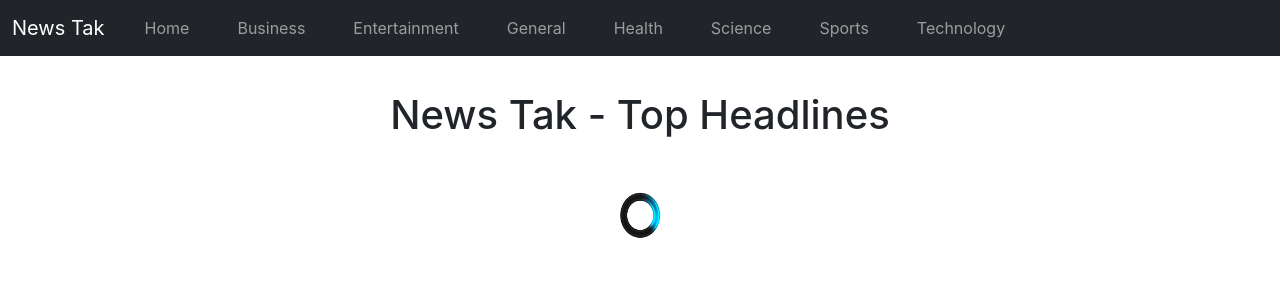
Repository: Rohit-foryou/News-website
Page: /business
The author's editor kept a copy of each file at every save. The page is drawn from the files as they stood at one save, then again after the next save.
The browser window is 1280 px wide. The pictures show the whole page.
The page's requests for data from a server got no answer. The project was rebuilt for these pictures with package versions that can differ from the ones it lists, and the page was loaded fresh each time. No one was signed in, and anything a server would have sent is missing. Also part of the build but not shown: src/Components/NewsItem.js.

Above is the page before, as saved 2024-01-12 00:01:36.

### public/index.html
<!DOCTYPE html>
<html lang="en">
  <head>
    <meta charset="utf-8" />
    <link rel="icon" href="%PUBLIC_URL%/favicon.ico" />
    <meta name="viewport" content="width=device-width, initial-scale=1" />
    <meta name="theme-color" content="#000000" />
    <meta
      name="description"
      content="News Tak is used to see latest news fast and easy"
    />
    <link rel="apple-touch-icon" href="%PUBLIC_URL%/logo192.png" />
    <!--
      manifest.json provides metadata used when your web app is installed on a
      user's mobile device or desktop. See https://developers.google.com/web/fundamentals/web-app-manifest/
    -->
    <link rel="manifest" href="%PUBLIC_URL%/manifest.json" />
    <!--
      Notice the use of %PUBLIC_URL% in the tags above.
      It will be replaced with the URL of the `public` folder during the build.
      Only files inside the `public` folder can be referenced from the HTML.

      Unlike "/favicon.ico" or "favicon.ico", "%PUBLIC_URL%/favicon.ico" will
      work correctly both with client-side routing and a non-root public URL.
      Learn how to configure a non-root public URL by running `npm run build`.
    -->
    <title>News Tak</title>
    <link href="https://cdn.jsdelivr.net/npm/bootstrap@5.3.2/dist/css/bootstrap.min.css" rel="stylesheet" integrity="sha384-T3c6CoIi6uLrA9TneNEoa7RxnatzjcDSCmG1MXxSR1GAsXEV/Dwwykc2MPK8M2HN" crossorigin="anonymous">
  </head>
  <body>
    <noscript>You need to enable JavaScript to run this app.</noscript>
    <div id="root"></div>
    <!--
      This HTML file is a template.
      If you open it directly in the browser, you will see an empty page.

      You can add webfonts, meta tags, or analytics to this file.
      The build step will place the bundled scripts into the <body> tag.

      To begin the development, run `npm start` or `yarn start`.
      To create a production bundle, use `npm run build` or `yarn build`.
    -->
    <script src="https://cdn.jsdelivr.net/npm/bootstrap@5.3.2/dist/js/bootstrap.bundle.min.js" integrity="sha384-C6RzsynM9kWDrMNeT87bh95OGNyZPhcTNXj1NW7RuBCsyN/o0jlpcV8Qyq46cDfL" crossorigin="anonymous"></script>
  </body>
</html>

### src/App.js
import React, { Component } from 'react';
import NavBar from './Components/NavBar';
import News from './Components/News';
import {
  BrowserRouter,
  Route,
  Routes,
} from "react-router-dom";
import LoadingBar from 'react-top-loading-bar'

export class App extends Component {
  pageSize=9;

  state = {
    progress: 0
  }
  setProgress = (progress)=>{
    this.setState({progress: progress})
  }


  render() {
    return (
      <div>
        <BrowserRouter>
        <LoadingBar
        color='#f11946'
        progress={this.state.progress}
      />
          <NavBar />
          <Routes>
            <Route exact path='/' element={<News setProgress={this.setProgress}  key="general"pageSize={this.pageSize} country='in' category='general' />} />
            <Route exact path='/business' element={<News setProgress={this.setProgress}  key="business"pageSize={this.pageSize} country='in' category='business' />} />
            <Route exact path='/entertainment' element={<News setProgress={this.setProgress}  key="entertainment"pageSize={this.pageSize} country='in' category='entertainment' />} />
            <Route exact path='/general' element={<News setProgress={this.setProgress}  key="general"pageSize={this.pageSize} country='in' category='general' />} />
            <Route exact path='/health' element={<News setProgress={this.setProgress}  key="health"pageSize={this.pageSize} country='in' category='health' />} />
            <Route exact path='/science' element={<News setProgress={this.setProgress}  key="science"pageSize={this.pageSize} country='in' category='science' />} />
            <Route exact path='/sports' element={<News setProgress={this.setProgress}  key="sports"pageSize={this.pageSize} country='in' category='sports' />} />
            <Route exact path='/technology' element={<News setProgress={this.setProgress}  key="technology"pageSize={this.pageSize} country='in' category='technology' />} />
          </Routes>
        </BrowserRouter>
      </div>
    );
  }
}

export default App;

### src/Components/NavBar.js
import React, { Component } from "react";
import {Link} from "react-router-dom";

export default class NavBar extends Component {
  render() {
    return (
      <div>
        <nav className="navbar navbar-expand-lg navbar-dark bg-dark">
          <div className="container-fluid">
            <Link className="navbar-brand" to="/">
              News Tak
            </Link>
            <button
              className="navbar-toggler"
              type="button"
              data-bs-toggle="collapse"
              data-bs-target="#navbarSupportedContent"
              aria-controls="navbarSupportedContent"
              aria-expanded="false"
              aria-label="Toggle navigation"
            >
              <span className="navbar-toggler-icon"></span>
            </button>
            <div
              className="collapse navbar-collapse"
              id="navbarSupportedContent"
            >
              <ul className="navbar-nav me-auto mb-2 mb-lg-0">
                <li className="nav-item mx-3">
                  <Link className="nav-link" aria-current="page" to="/">
                    Home
                  </Link>
                </li>
                <li className="nav-item mx-3">
                  <Link className="nav-link" to="/business">
                    Business
                  </Link>
                </li>
                <li className="nav-item mx-3">
                  <Link className="nav-link" to="/entertainment">
                    Entertainment
                  </Link>
                </li>
                <li className="nav-item mx-3">
                  <Link className="nav-link" to="/general">
                    General
                  </Link>
                </li>
                <li className="nav-item mx-3">
                  <Link className="nav-link" to="/health">
                    Health
                  </Link>
                </li>
                <li className="nav-item mx-3">
                  <Link className="nav-link" to="/science">
                    Science
                  </Link>
                </li>
                <li className="nav-item mx-3">
                  <Link className="nav-link" to="/sports">
                    Sports
                  </Link>
                </li>
                <li className="nav-item mx-3">
                  <Link className="nav-link" to="/technology">
                    Technology
                  </Link>
                </li>
              </ul>
            </div>
          </div>
        </nav>
      </div>
    );
  }
}

### src/Components/News.js
import React, { Component } from "react";
import NewsItem from "./NewsItem";
import Spinner from "./Spinner";
import PropTypes from 'prop-types'
import InfiniteScroll from "react-infinite-scroll-component";


export class News extends Component {

  static defaultProps = {
    country: 'in',
    pageSize: 8,
    category: 'general',
    totalResults: 0,
  }

  static propTypes = {
    country: PropTypes.string,
    pageSize: PropTypes.number,
    category: PropTypes.string,
  }

  capitalizeFirstLetter = (string) => {
    return string.charAt(0).toUpperCase() + string.slice(1);
  }

  constructor() {
    super();
    // console.log("hello i am constructor");
    this.state = {
      articles: [],
      loading: false,
      page: 1,
    };
    // document.title = `${this.capitalizeFirstLetter(this.props.category)} - News Tak`;
  }



  async componentDidMount() {
    this.update();
  }

  handleNextClick = async () => {
    this.setState({ page: this.state.page + 1 });
    this.update();

  };


  handlePrevClick = async () => {
    this.setState({ page: this.state.page - 1 });
    this.update();
  };

  async update() {
    this.props.setProgress(0);
    const url = `https://newsapi.org/v2/top-headlines?country=${this.props.country}&category=${this.props.category}&apiKey=fa3dbec13bb44cd2a222250b4aea8871&page=${this.state.page - 1}&pageSize=${this.props.pageSize}`;

    this.setState({loading: true});
    let data = await fetch(url);
    let parsedData = await data.json();

    this.setState({
      totalResults: parsedData.articles,
      articles: parsedData.articles,
      loading: false,
    });
    this.props.setProgress(100);

};

  fetchMoreData = async () => {
    this.setState({ page: this.state.page + 1 })
    const url = `https://newsapi.org/v2/top-headlines?country=${this.props.country}&category=${this.props.category}&apiKey=fa3dbec13bb44cd2a222250b4aea8871&page=${this.state.page - 1}&pageSize=${this.props.pageSize}`;

    this.setState({ loading: true });
    let data = await fetch(url);
    let parsedData = await data.json();

    this.setState({
      totalResults: parsedData.totalResults,
      articles: this.state.articles.concat(parsedData.articles),
      loading: false,
    });
  };


  render() {
    return (
      <>
        <h1 className="text-center" style={{ margin: '35px 0px' }}>News Tak - Top Headlines</h1>
        {/* {this.state.loading && <Spinner/>} */}

        <InfiniteScroll
          dataLength={this.state.articles.length}
          next={this.fetchMoreData}
          hasMore={this.state.articles.length !== this.state.totalResults}
          loader={<Spinner />}>


          <div className="container">
            <div className="row">
              {this.state.articles.map((element) => {
                return (
                  <div className="col-md-4" key={element.url}>
                    <NewsItem
                      title={element.title ? element.title.slice(0, 100) : ""}
                      description={
                        element.description ? element.description.slice(0, 83) : ""
                      }
                      imgUrl={element.urlToImage}
                      newsUrl={element.url}
                      author={element.author}
                      date={element.publishedAt}
                      source={element.source.name}
                    />
                  </div>
                );
              })}
            </div>
          </div>
        </InfiniteScroll>

      </>
    );
  }
}

export default News;

### src/Components/Spinner.js
import React from 'react';
import loading from './loading.gif';

const Spinner = () => {
  return (
    <div className='text-center my-3'>
      <img src={loading} alt="loading" style={{ width: '50px', height: '50px' }} />
    </div>
  );
}

export default Spinner;

Loaded but not shown: src/index.js (common file); src/index.css (common file); src/reportWebVitals.js (common file)

After the next save:
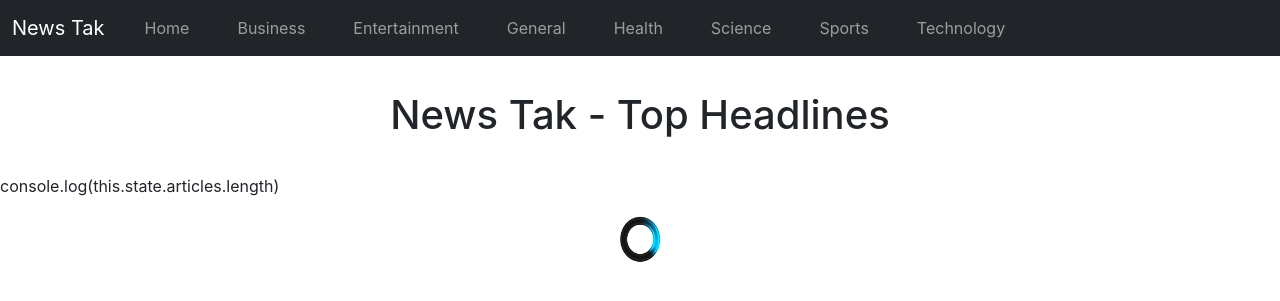
Saved 56 s later.
--- a/src/Components/News.js
+++ b/src/Components/News.js
@@ -92,6 +92,7 @@ export class News extends Component {
         <h1 className="text-center" style={{ margin: '35px 0px' }}>News Tak - Top Headlines</h1>
         {/* {this.state.loading && <Spinner/>} */}
 
+        console.log(this.state.articles.length)
         <InfiniteScroll
           dataLength={this.state.articles.length}
           next={this.fetchMoreData}
